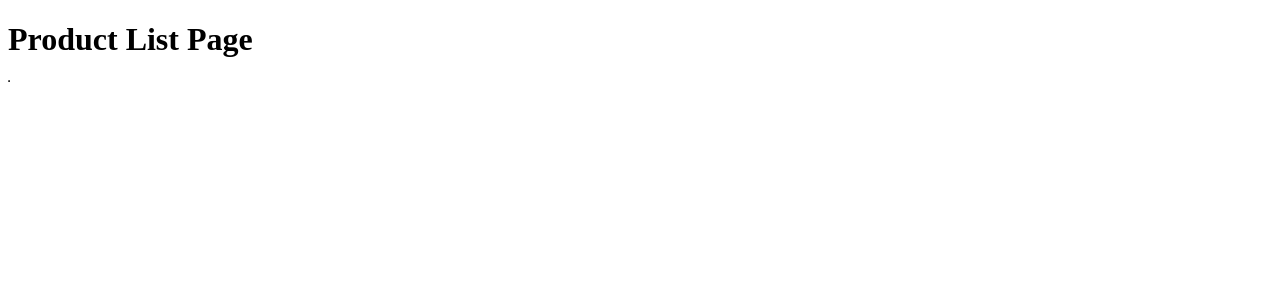
Repository: WoodongMaster/JSP_Workspace
Page: http://localhost/jsp_study/list.jsp
An editor plug-in stored every save of this project. The page is shown before and after the next save, followed by the edit.
The browser window is 1280 px wide. The pictures show the whole page.
The page is served by Tomcat 9. Other server files are loaded and not shown.

Above is the page before, as saved 2023-05-11 03:13:16.

### jsp_project1/jsp_study/src/main/webapp/list.jsp
<%@ page language="java" contentType="text/html; charset=UTF-8"
    pageEncoding="UTF-8"%>
<!DOCTYPE html>
<html>
<head>
<meta charset="UTF-8">
<title>Insert title here</title>
</head>
<body>
	<h1>Product List Page</h1>
	<table border="1">
	</table>
</body>
</html>

After the next save:
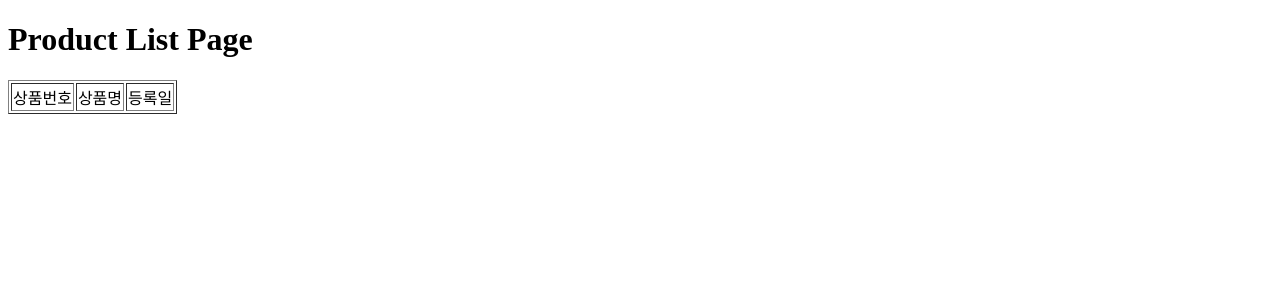
Saved 3 min 48 s later.
--- a/jsp_project1/jsp_study/src/main/webapp/list.jsp
+++ b/jsp_project1/jsp_study/src/main/webapp/list.jsp
@@ -9,6 +9,16 @@
 <body>
 	<h1>Product List Page</h1>
 	<table border="1">
+		<thead>
+		<tr>
+			<td>상품번호</td>
+			<td>상품명</td>
+			<td>등록일</td>
+		</tr>
+		</thead>
+		<tbody>
+		</tbody>
+
 	</table>
 </body>
 </html>
